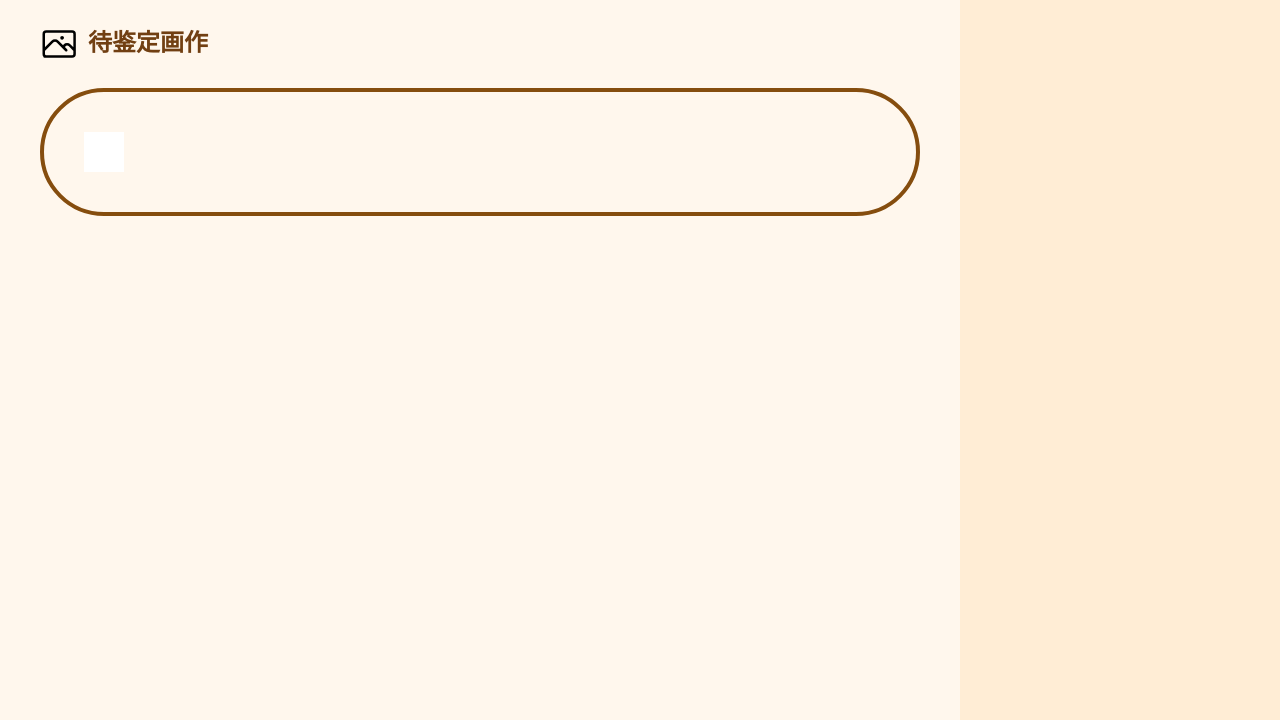
Repository: gaosth/Eyesee
Page: /dtail
These files come from the project's save history. The page is drawn as it stood at one moment and after the next save; the edit follows.
The browser window is 1280 px wide. The pictures show the whole page.
The project was rebuilt for these pictures with package versions that can differ from the ones it lists, and the page was loaded fresh each time. Also part of the build but not shown: vite.config.js, src/components/WelcomeItem.vue, src/components/icons/IconDocumentation.vue, src/components/icons/IconTooling.vue, src/components/icons/IconEcosystem.vue, src/components/icons/IconCommunity.vue, src/components/icons/IconSupport.vue, src/components/TheWelcome.vue and 5 more.

Above is the page before, as saved 2024-03-15 12:04:43.

After the next save:
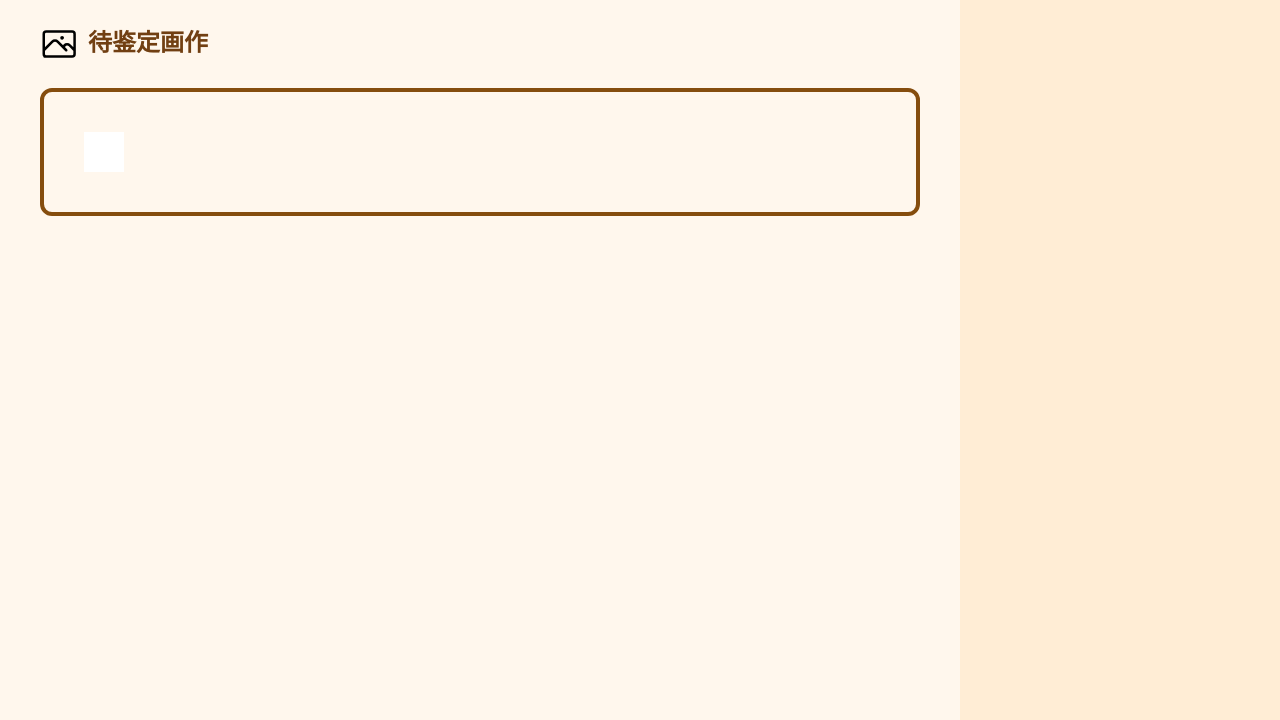
Saved 5 s later.
--- a/src/views/DetailView.vue
+++ b/src/views/DetailView.vue
@@ -11,7 +11,7 @@
                     待鉴定画作
                 </div>
             </div>
-            <div class = "mx-10 my-6 border-yellow-800 rounded-full border-4">
+            <div class = "mx-10 my-6 border-yellow-800 rounded-xl border-4">
                 <div class = "mx-10 my-10 h-10 w-10 bg-white">
 
                 </div>
